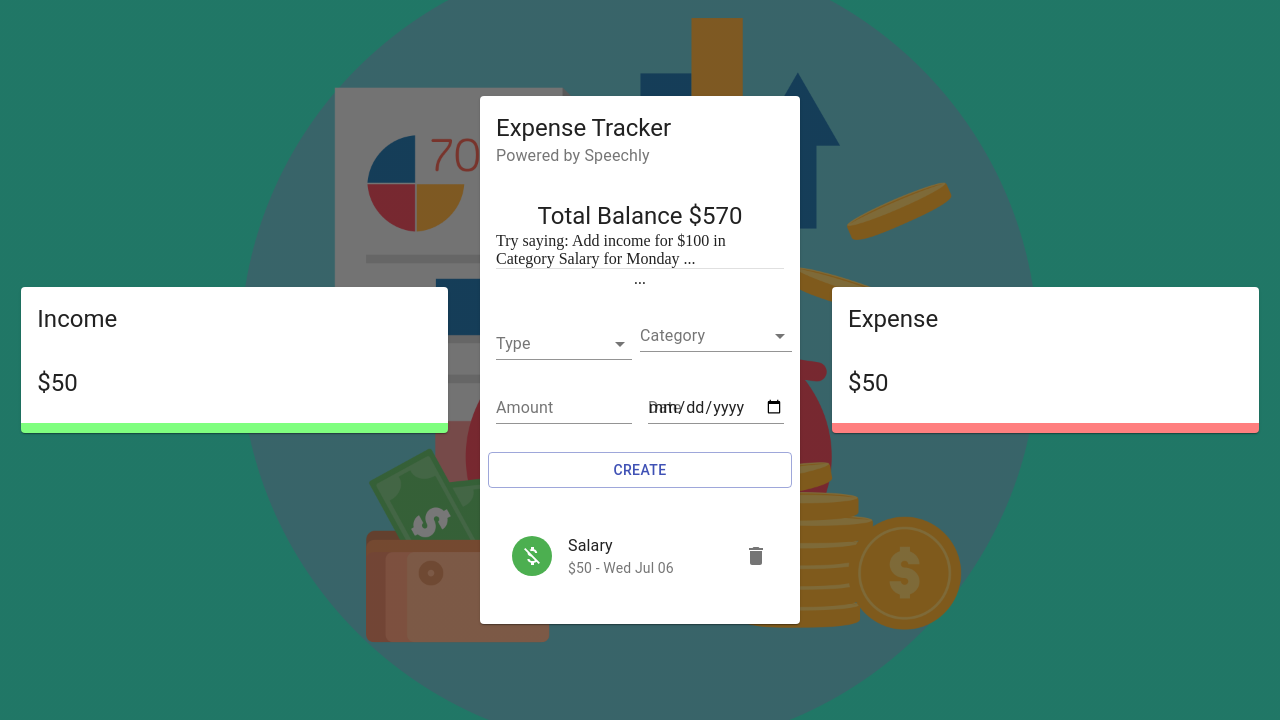
Repository: akinolapo/expense-tracker
Page: /
An editor plug-in stored every save of this project. The page is shown before and after a run of saves, followed by the edit.
The browser window is 1280 px wide. The pictures show the whole page.
The project was rebuilt for these pictures with package versions that can differ from the ones it lists, and the page was loaded fresh each time.

Above is the page before, as saved 2022-07-06 14:24:17.

### src/index.js
import React from "react";
import ReactDom from 'react-dom';

import App from './App';
import './index.css'

ReactDom.render(<App/>, document.getElementById('root'));

### src/App.js
import React from 'react';
import {Grid} from '@material-ui/core'

import Details from './componets/Details/Details';
import Main from './componets/Main/Main';
import useStyles from './styles'

const App = () => {
    const classes = useStyles()
  return (
    <div>
        <Grid className={classes.grid} container spacing={0} alignItems="center" justify="center" style={{height: '100vh'}}>
            <Grid item xs={12} sm={4}>
                <Details title="Income"/>
            </Grid>
            <Grid item xs={12} sm={3}>
                <Main/>
            </Grid>
            <Grid item xs={12} sm={4}>
                <Details title="Expense"/>
            </Grid>
        </Grid>
    </div>
  )
}

export default App

### src/index.css
#root, body, html {
    height: 100%;
    margin: 0;
}

body{
    background: linear-gradient(rgba(0, 0, 0, .5), rgba(0, 0, 0, .5)), url(./assets/money.png);
    background-size: cover;
}

### src/componets/Details/Details.jsx
import React from 'react'
import {Card, CardHeader, CardContent, Typography} from '@material-ui/core'
import { Doughnut } from 'react-chartjs-2'

import useStyles from './styles'

const Details = ({title}) => {
    const classes = useStyles()
  return (
    <Card className={title === 'Income' ? classes.income : classes.expense}>
    <CardHeader title={title}/>
    <CardContent>
      <Typography variant="h5">$50</Typography>
      {/* <Doughnut data={chartData} /> */}
    </CardContent>
  </Card>
  )
}

export default Details

### src/componets/Main/Main.jsx
import React from 'react'
import { Card, CardHeader, CardContent, Typography, Grid, Divider } from '@material-ui/core'

import useStyles from './styles'
import Form from './Form/Form'
import List from './List/List'

const Main = () => {
    const classes = useStyles()
    return (
        <Card className={classes.root}>
            <CardHeader title="Expense Tracker" subheader="Powered by Speechly" />
            <CardContent>
                <Typography align='center' variant='h5'>Total Balance $570</Typography>
                <Typography variant='subtitle' style={{ lineHeight: '1.5em, marginTop: 20px,' }}>
                    {/* InfoCard */}
                    Try saying: Add income for $100 in Category Salary for Monday ...
                </Typography>
                <Divider />
                <Form/>
            </CardContent>
            <CardContent className={classes.CardContent}>
                <Grid container spacing={2}>
                    <Grid item xs={12}>
                        <List/>
                    </Grid>
                </Grid>
            </CardContent>
        </Card>
    )
}

export default Main

### src/componets/Main/Form/Form.jsx
import React from 'react'
import { TextField, Typography, Grid, Button, FormControl, InputLabel, Select, MenuItem } from '@material-ui/core'

import useStyles from './styles'

const Form = () => {
    const classes = useStyles()
  return (
    <Grid container spacing={2}>
        <Grid item xs={12}>
            <Typography align='center' variant='subtitle2' gutterBottom>
                ...
            </Typography>
        </Grid>
        <Grid item xs={6}>
            <FormControl fullWidth>
                <InputLabel>Type</InputLabel>
                <Select>
                    <MenuItem value="Income">Income</MenuItem>
                    <MenuItem value="Expense">Expense</MenuItem>
                </Select>
            </FormControl>
        </Grid>
        <Grid itme xs={6}>
            <FormControl fullWidth>
                <InputLabel>Category</InputLabel>
                <Select>
                    <MenuItem value="Business">Business</MenuItem>
                    <MenuItem value="Salary">Salary</MenuItem>
                </Select>
            </FormControl>
        </Grid>
        <Grid item xs={6}>
            <TextField type="number" label="Amount" fullWidth/>
        </Grid>
        <Grid item xs={6}>
            <TextField type="date" label="Date" fullWidth/>
        </Grid>
        <Button className={classes.button} variant="outlined" color="primary" fullWidth>Create</Button>
    </Grid>
  )
}

export default Form

### src/componets/Main/List/List.jsx
import React from 'react'
import { List as MUIList, ListItem, ListItemAvatar, Avatar, ListItemText, ListItemSecondaryAction, IconButton, Slide } from '@material-ui/core';

import { Delete, MoneyOff } from '@material-ui/icons'

import useStyles from './styles'

const List = () => {
    const classes = useStyles()

    const transactions = [
        { id: 1, type: "Income", category: "Salary", amount: "50", date: "Wed Jul 06"}
    ]
  return (
    <MUIList dense={false} className={classes.list}>
        {transactions.map((transaction) =>(
            <Slide direction='down' in mountOnEnter unmountOnExit key={transaction.id}>
                <ListItem>
                    <ListItemAvatar>
                        <Avatar className={transaction.type === 'Income' ? classes.avatarIncome : classes.avatarExpense}>
                            <MoneyOff/>
                        </Avatar>
                    </ListItemAvatar>
                    <ListItemText primary={transaction.category} secondary={`$${transaction.amount} - ${transaction.date}`}/>
                    <ListItemSecondaryAction>
                        <IconButton edge="end" aria-label='delete' onClick= "">
                            <Delete/>
                        </IconButton>
                    </ListItemSecondaryAction>
                </ListItem>
            </Slide>
        ))}
    </MUIList>
  )
}

export default List

Loaded but not shown: public/index.html (common file); src/styles.js (common file); src/componets/Details/styles.js (common file); src/componets/Main/styles.js (common file); src/componets/Main/Form/styles.js (common file); src/componets/Main/List/styles.js (common file)

After the next 5 saves:
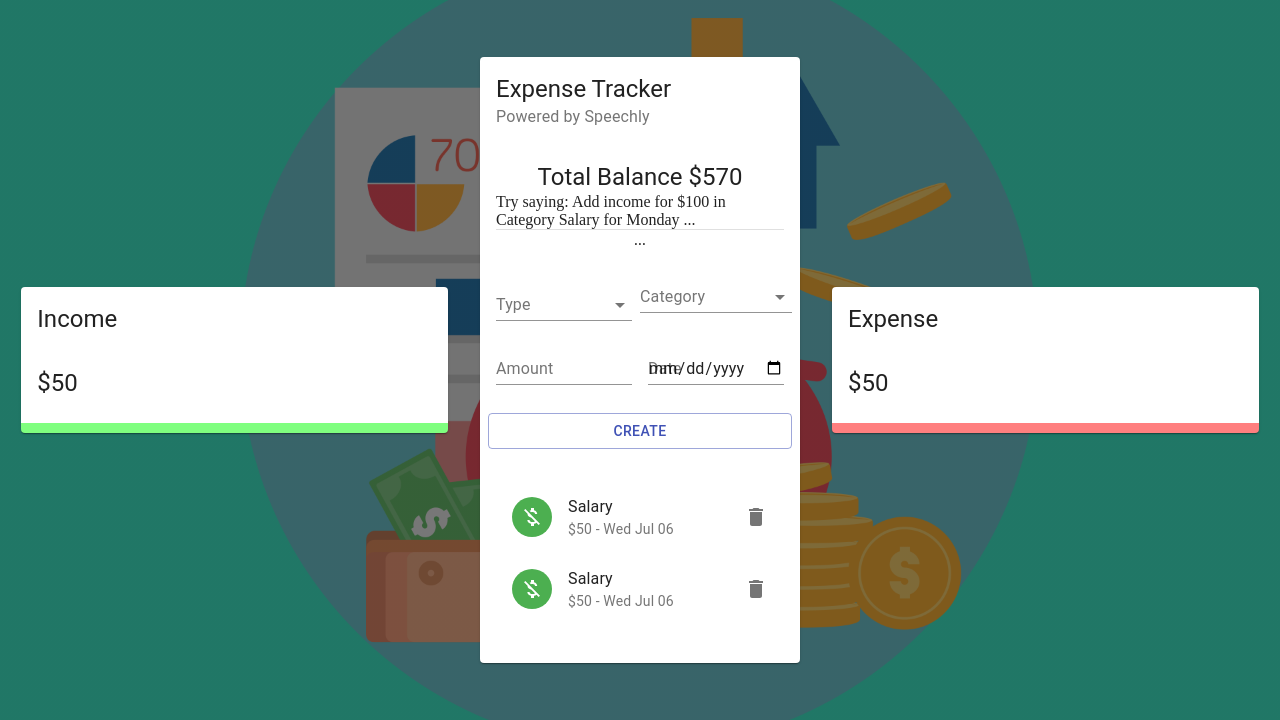
The 5 saves are shown as one change because 1 did not build or start and some came seconds apart.
The last was saved 32 s later.
--- a/src/componets/Main/List/List.jsx
+++ b/src/componets/Main/List/List.jsx
@@ -9,7 +9,9 @@ const List = () => {
     const classes = useStyles()
 
     const transactions = [
-        { id: 1, type: "Income", category: "Salary", amount: "50", date: "Wed Jul 06"}
+        { id: 1, type: "Income", category: "Salary", amount: "50", date: "Wed Jul 06"},
+        { id: 2, type: "Income", category: "Salary", amount: "50", date: "Wed Jul 06"},
+        { id: 3, type: "Income", category: "Salary", amount: "50", date: "Wed Jul 06"}
     ]
   return (
     <MUIList dense={false} className={classes.list}>
